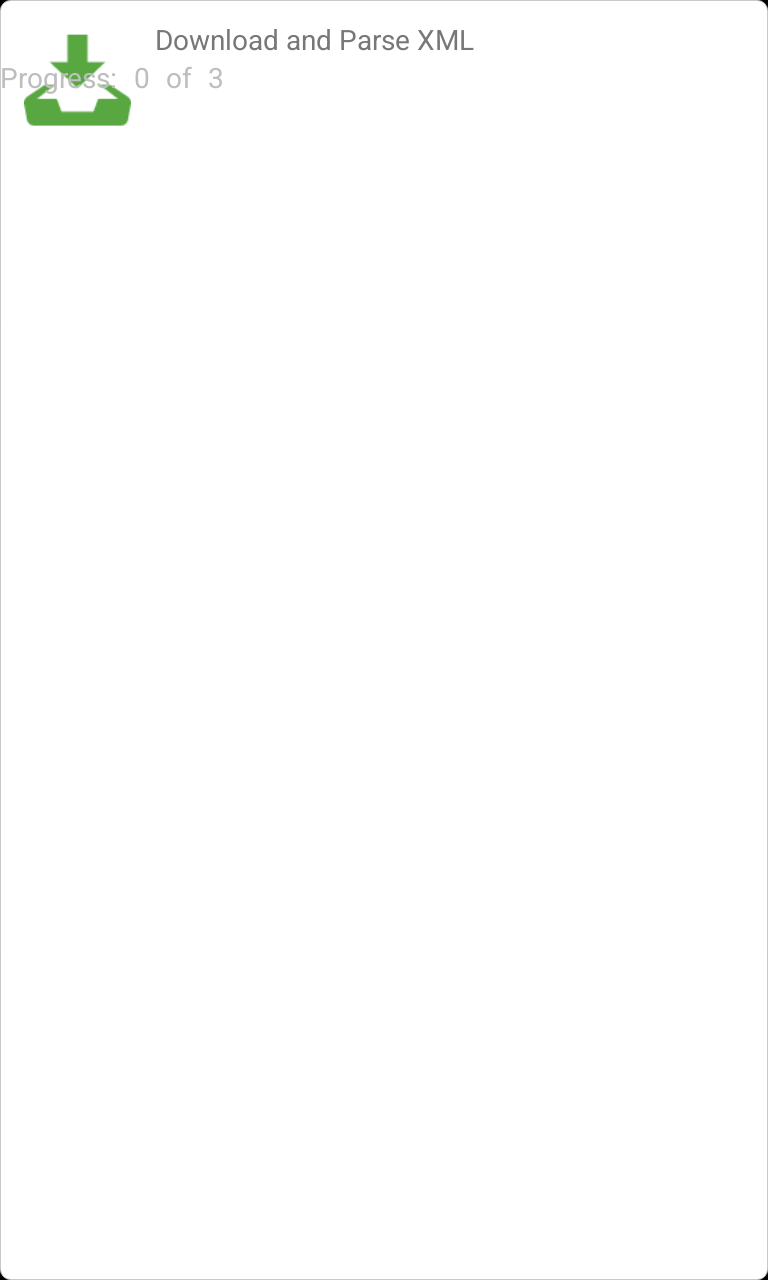
Repository: easyCZ/UoE-Projects
Layout: UG3-SELP/res/layout/download_and_parse.xml
An editor plug-in stored every save of this project. The layout is shown before and after the next save, followed by the edit.
It is drawn on a 768 x 1280 px phone screen (xhdpi) without system bars, with theme android:Theme.Black.NoTitleBar; the app's code is not run.

Above is the layout before, as saved 2013-12-06 16:14:59.

### UG3-SELP/res/layout/download_and_parse.xml
<RelativeLayout
    xmlns:android="http://schemas.android.com/apk/res/android"
   	android:layout_width="match_parent"
    android:layout_height="60dp"
	android:background="@drawable/download_and_parse_style"
	android:id="@+id/downloadAndParse"
	android:layout_margin="10dp"
	android:layout_below="@id/titleBar"
	android:duplicateParentState="true" >

    <ImageView
        android:id="@+id/downloadAndParseIcon"
        android:layout_width="wrap_content"
        android:layout_height="wrap_content"
        android:layout_alignParentLeft="true"
        android:layout_alignParentTop="true"
        android:padding="12dp"
        android:src="@drawable/download2"
        android:contentDescription="@string/downloadAndParseImgDesc" />

    <TextView
        android:id="@+id/downloadAndParseTitle"
        android:layout_width="wrap_content"
        android:layout_height="wrap_content"
        android:layout_alignParentTop="true"
        android:layout_marginTop="10dp"
        android:layout_toRightOf="@+id/downloadAndParseIcon"
        android:text="@string/downloadAndParseTitle"
        android:textColor="@color/downloadAndParseTitleColor" />

    <LinearLayout
        android:id="@+id/downloadAndParseDescSection"
        android:layout_width="wrap_content"
        android:layout_height="wrap_content"
        android:orientation="horizontal"
        android:layout_below="@id/downloadAndParseTitle"
        android:layout_toRightOf="@">

        <TextView
	        android:id="@+id/downloadAndParseProgress"
	        android:layout_width="wrap_content"
	        android:layout_height="wrap_content"
			android:text="@string/downloadAndParseProgress" />

        <TextView
	        android:paddingLeft="8dp"
	        android:paddingRight="8dp"
	        android:id="@+id/textView3"
	        android:layout_width="wrap_content"
	        android:layout_height="wrap_content"
	        android:layout_alignBaseline="@+id/textView2"
	        android:layout_alignBottom="@+id/textView2"
	        android:layout_toRightOf="@id/downloadAndParseProgress"
	        android:text="0" />

        <TextView
	        android:paddingRight="8dp"
	        android:id="@+id/textView4"
	        android:layout_width="wrap_content"
	        android:layout_height="wrap_content"
	        android:layout_alignBaseline="@+id/textView3"
	        android:layout_alignBottom="@+id/textView3"
	        android:layout_toRightOf="@+id/textView3"
	        android:text="of" />

	    <TextView
	        android:id="@+id/textView5"
	        android:layout_width="wrap_content"
	        android:layout_height="wrap_content"
	        android:layout_alignBaseline="@+id/textView4"
	        android:layout_alignBottom="@+id/textView4"
	        android:layout_toRightOf="@+id/textView4"
	        android:text="3" />

    </LinearLayout>







</RelativeLayout>

### UG3-SELP/res/drawable/download_and_parse_style.xml
<?xml version="1.0" encoding="utf-8"?>
<shape xmlns:android="http://schemas.android.com/apk/res/android"
    android:shape="rectangle">
    <solid android:color="#ffffff"/>
    <corners android:radius="5dp"/>
    <stroke android:color="#cac9c5" android:width="1px"/>

</shape>

### UG3-SELP/res/values/strings.xml
<?xml version="1.0" encoding="utf-8"?>
<resources>

    <string name="app_name">UoE Informatics Timetable</string>
    <string name="action_settings">Settings</string>
    <string name="service_name">XML Downloader</string>
    <string name="title_activity_class_detail_fragment">ClassDetailFragment</string>
    <string name="optionsBtnDesc">Options</string>
    <string name="settingsBtnDesc">Settings</string>
    <string name="searchBtnDesc">Settings</string>
    <string name="searchHint">Search..</string>
    <string name="availableCourses">Available courses:</string>
    <string name="sidebarContentDesc">Course Image</string>

    <!-- Download and Parse -->
    <string name="downloadAndParseImgDesc">Download</string>
    <string name="downloadAndParseTitle">Download and Parse XML</string>
    <string name="downloadAndParseProgress">Progress:</string>


</resources>

### UG3-SELP/res/values/colors.xml
<?xml version="1.0" encoding="utf-8"?>
<resources>

    <color name="titleBar">#6ea552</color>
    <color name="titleBarBorder">#56903b</color>
    <color name="titleBarOnClick">#56903b</color>
    <color name="actionBarDrawerBG">#333c43</color>
    <color name="white">#ffffff</color>
    <color name="sidebarBG">#454e55</color>
    <color name="sidebarSubHeadingTextColor">#8e9397</color>

    <!-- Download and Parse -->
    <color name="downloadAndParseTitleColor">#777777</color>

</resources>

After the next save:
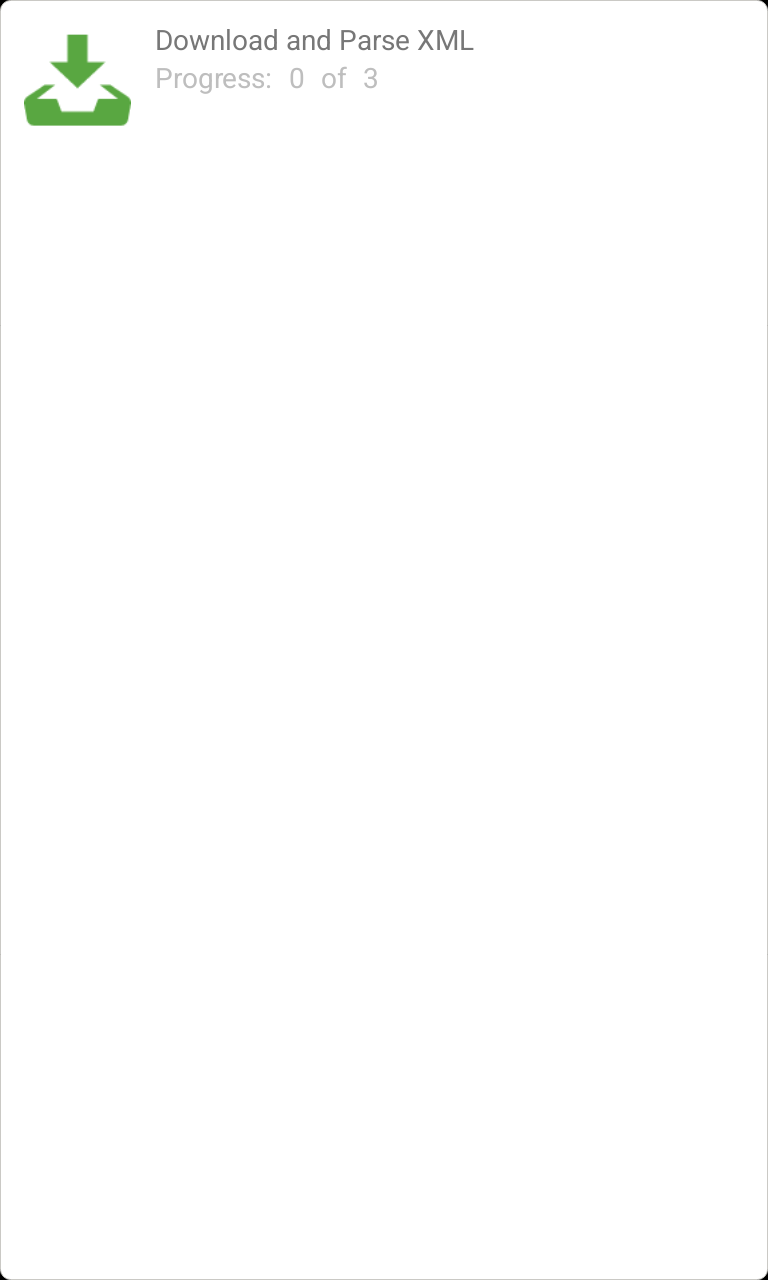
Saved 9 s later.
--- a/UG3-SELP/res/layout/download_and_parse.xml
+++ b/UG3-SELP/res/layout/download_and_parse.xml
@@ -34,7 +34,7 @@
         android:layout_height="wrap_content"
         android:orientation="horizontal"
         android:layout_below="@id/downloadAndParseTitle"
-        android:layout_toRightOf="@">
+        android:layout_toRightOf="@id/downloadAndParseIcon">
 
         <TextView
 	        android:id="@+id/downloadAndParseProgress"
